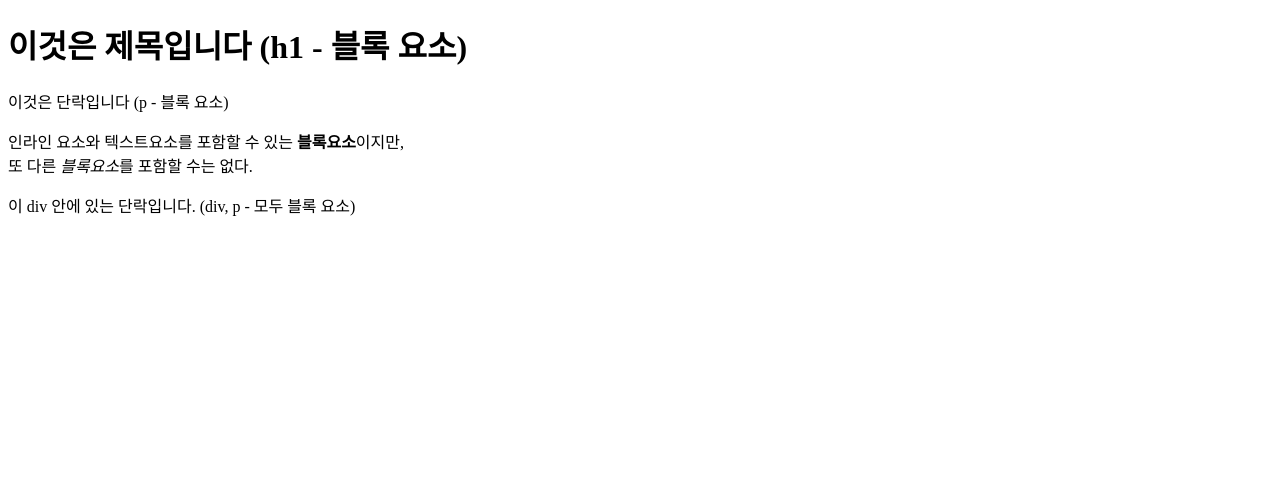
Repository: Junvelop/hkdevelope
Page: Downloads/back_end_edu20240624-master (1)/front_end_20240627/src/main/webapp/html2_블럭요소와인라인요소.html
The author's editor kept a copy of each file at every save. The page is drawn from the files as they stood at one save, then again after the next save.
The browser window is 1280 px wide. The pictures show the whole page.

Above is the page before, as saved 2024-08-12 02:17:09.

### Downloads/back_end_edu20240624-master (1)/front_end_20240627/src/main/webapp/html2_블럭요소와인라인요소.html
<!DOCTYPE html>
<html lang="en">
<head>
    <meta charset="UTF-8">
    <meta name="viewport" content="width=device-width, initial-scale=1.0">
    <title>블록 요소 예시</title>
</head>
<body>
    <h1>이것은 제목입니다 (h1 - 블록 요소)</h1>
    <p>이것은 단락입니다 (p - 블록 요소)</p>
    <p>
     인라인 요소와 텍스트요소를 포함할 수 있는 <strong>블록요소</strong>이지만,<br/>
     또 다른 <em>블록요소</em>를 포함할 수는 없다.
</p>

    <div>
        <p>이 div 안에 있는 단락입니다. (div, p - 모두 블록 요소)</p>
    </div>
</body>
</html>

After the next save:
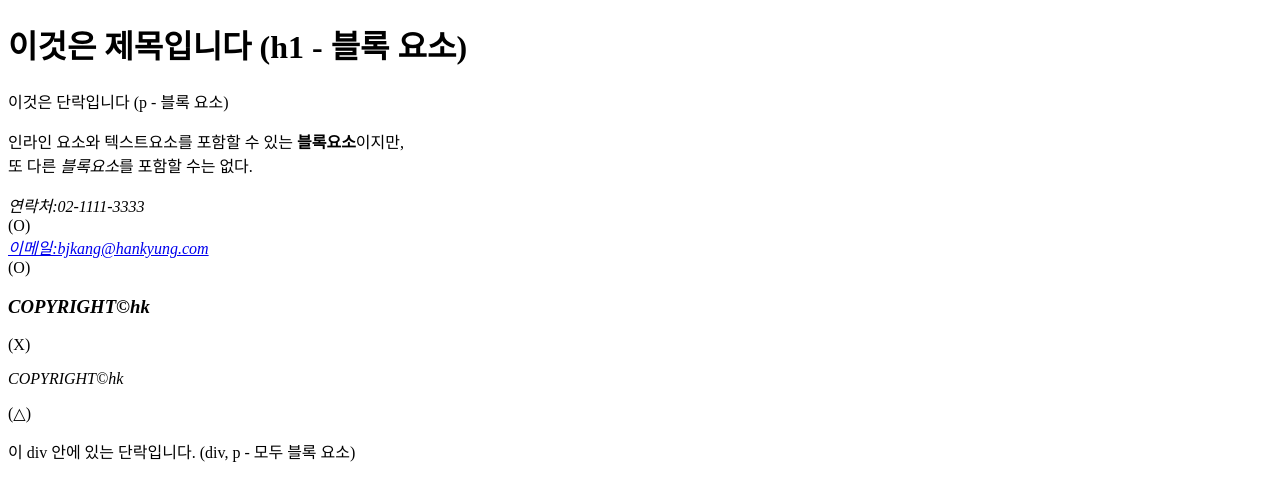
Saved 2 min 33 s later.
--- a/Downloads/back_end_edu20240624-master (1)/front_end_20240627/src/main/webapp/html2_블럭요소와인라인요소.html
+++ b/Downloads/back_end_edu20240624-master (1)/front_end_20240627/src/main/webapp/html2_블럭요소와인라인요소.html
@@ -11,10 +11,20 @@
     <p>
      인라인 요소와 텍스트요소를 포함할 수 있는 <strong>블록요소</strong>이지만,<br/>
      또 다른 <em>블록요소</em>를 포함할 수는 없다.
-</p>
+	</p>
+
+	<address>연락처:02-1111-3333</address> (O)
+<address><a href=“#”>이메일:bjkang@hankyung.com</a></address>(O)
+<address><h3>COPYRIGHT&copy;hk</h3></address>(X)
+<address><p>COPYRIGHT&copy;hk</p></address>(△)
+
+
 
     <div>
         <p>이 div 안에 있는 단락입니다. (div, p - 모두 블록 요소)</p>
     </div>
+
+
+
 </body>
 </html>
